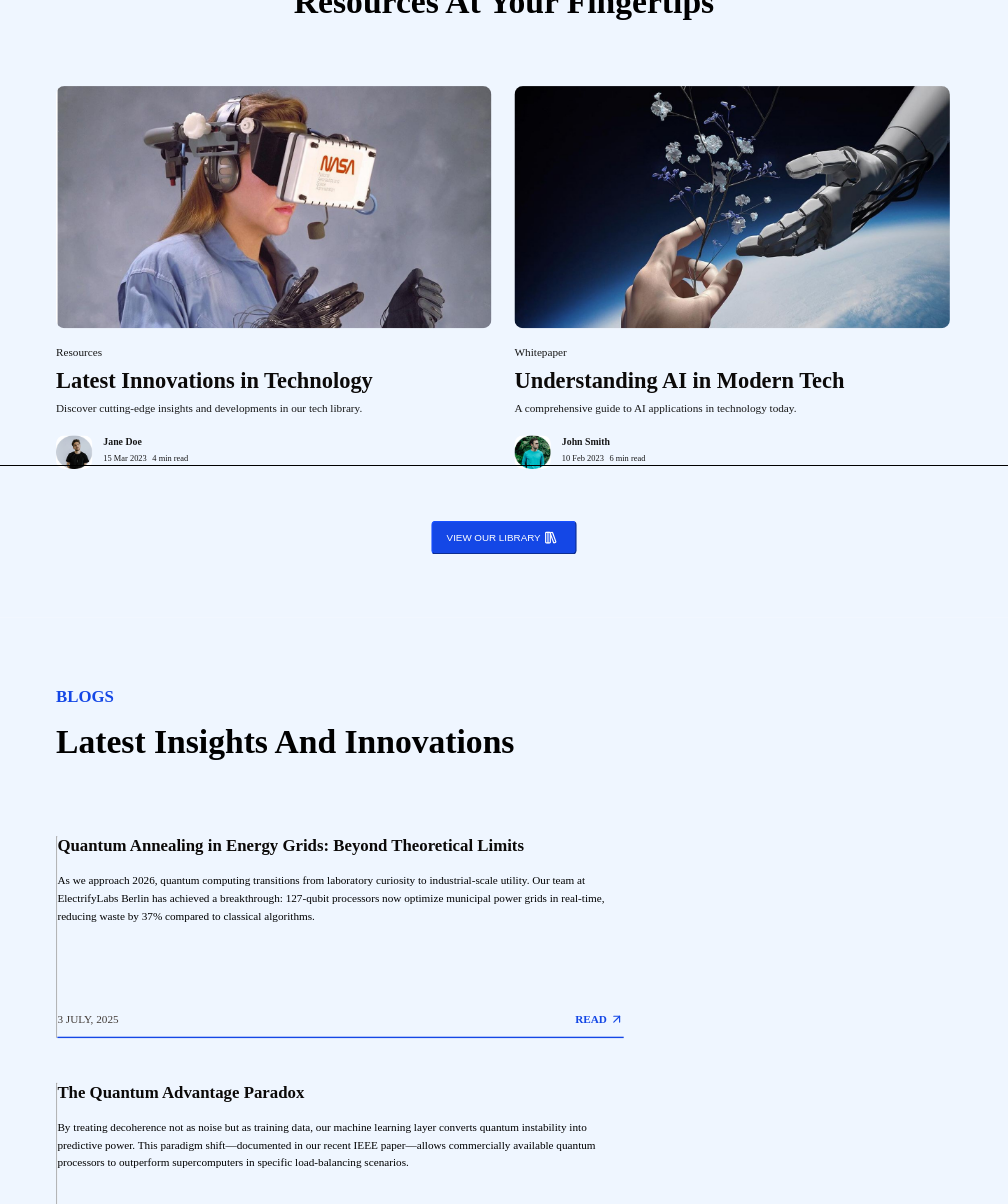
Repository: neelpatel6262/electrifylabs_homepage
Page: /
An editor plug-in stored every save of this project. The page is shown before and after the next save, followed by the edit.
The browser window is 1280 px wide. The page is 1440 px wide, so the pictures cover 1440 px, including what lies to the right of the window. The pictures show the part of the page from y = 4780 to 6500 px (the page is 8532 px tall), at 70% of full size.
The project was rebuilt for these pictures with package versions that can differ from the ones it lists, and the page was loaded fresh each time. Also part of the build but not shown: vite.config.js.

Above is the page before, as saved 2026-02-21 16:55:00.

### index.html
<!doctype html>
<html lang="en">
  <head>
    <meta charset="UTF-8" />
    <link rel="icon" type="image/svg+xml" href="/src/assets/LOGO.svg" />
    <meta name="viewport" content="width=device-width, initial-scale=1.0" />
    <title>ElectrifyLabs Homepage</title>
  </head>
  <body>
    <div id="root"></div>
    <script type="module" src="/src/main.jsx"></script>
  </body>
</html>

### src/main.jsx
import { StrictMode } from 'react'
import { createRoot } from 'react-dom/client'
import './index.css'
import Navbar from './components/Navbar.jsx'
import HeroSection from './components/HeroSection.jsx'
import AboutSection from './components/AboutSection.jsx'
import ServiceSection from './components/ServiceSection.jsx'
import ServiceCard from './components/ServiceCard.jsx'
import ProductSection from './components/ProductSection.jsx'
import LibrarySection from './components/LibrarySection.jsx'
import BlogSection from './components/BlogSection.jsx'
import CTASection from './components/CTASection.jsx'
import Footer from './components/Footer.jsx'





createRoot(document.getElementById('root')).render(
  <>
    <Navbar />
    <HeroSection />
    <AboutSection />
    <ServiceSection />
    <ServiceCard />
    <ProductSection />
    <LibrarySection />
    <BlogSection />
    <CTASection />
    <Footer />

  </>
)

### src/components/Navbar.jsx
import { ArrowUpRight } from 'lucide-react';
import Logo from '../assets/LOGO.svg';

const navLinks = [
  { id: 1, label: 'about', href: '#' },
  { id: 2, label: 'service', href: '#' },
  { id: 3, label: 'product', href: '#' },
  { id: 4, label: 'library', href: '#' },
  { id: 5, label: 'blogs', href: '#' },
];

function Navbar() {
  return (
    <div className="navbar-section">
      <div className="navbar-container">

        {/* Logo */}
        <div className="logo">
          <img src={Logo} alt="logo" />
        </div>

        {/* Nav Links */}
        <div className="nav-links">
          {navLinks.map((link) => (
            <a key={link.id} href={link.href}>
              {link.label}
            </a>
          ))}
        </div>

        {/* Button */}
        <button className="navbar-btn">
          <div className="navbar-btn-conatiner">
            contact us
            <ArrowUpRight size={20} />
          </div>
        </button>

      </div>
    </div>
  );
}

export default Navbar;

### src/components/HeroSection.jsx
import { ArrowUpRight, Zap, Star as StarIcon } from 'lucide-react';
import Frame from '../assets/frame.svg';
import HeroImg from '../assets/heo-img.svg';
import Star from '../assets/star.svg';



// Star rating array — 5 stars
const stars = [1, 2, 3, 4, 5];

function HeroSection() {
  return (
    <div className="hero-section">

      {/* Left Content */}
      <div className="hero-left-content">
        <div className="heading-section">

          {/* CRM / Rating Row */}
          <div className="crm-section">
            <div className="frame">
              <img src={Frame} alt="frame" />
            </div>
            <div className="rating-section">
              <div className="rating-section-container">
                <div className="rating">
                  {stars.map((star) => (
                    <img key={star} src={Star} alt="star" />
                  ))}
                </div>
                <div className="rating-heading">
                  rated 5.0 by 40+ happy customers!
                </div>
              </div>
            </div>
          </div>

          {/* Hero Heading */}
          <div className="hero-heading">
            <span className="hero-highlights">electrifylabs</span> is powering the future of innovation
          </div>

        </div>

        {/* Subheading + Buttons */}
        <div className="hero-subheading">
          <div className="subheading">
            At ElectrifyLabs, we are dedicated to transforming ideas into cutting-edge technology solutions.
            Join us on a journey to innovate and electrify the future.
          </div>

          <div className="hero-cta-actions">
            {/* Primary Button */}
            <button className="hero-btn">
              <div className="hero-btn-container">
                contact us
                <ArrowUpRight size={20} />
              </div>
            </button>

            {/* Secondary Button */}
            <button className="hero-secondary-btn">
              <div className="hero-secondary-btn-container">
                view all products
                <Zap size={20} />
              </div>
            </button>
          </div>
        </div>
      </div>

      {/* Right Content - Hero Image */}
      <div className="right-content">
        <img src={HeroImg} alt="hero" />
      </div>

    </div>
  );
}

export default HeroSection;

### src/components/AboutSection.jsx
import { ArrowUpRight } from 'lucide-react';
import Placeholder from '../assets/Placeholder.jpg';

function AboutSection() {
  return (
    <div className="about-section">
      <div className="about-container">

        {/* Who We Are - Top Text */}
        <div className="who-we-are-section">
          <div className="about-heading">Who We Are</div>
          <div className="sub-heading">
            At ElectrifyLabs, we are committed to driving innovation through cutting-edge technology.
            Our mission is to deliver smart, electrifying solutions that enhance performance and
            reliability across various industries.
          </div>
        </div>

        {/* Content Section - Image + Stats */}
        <div className="about-content-section">

          {/* Left - Placeholder Image */}
          <div className="placeholder">
            <img src={Placeholder} alt="about us" />
          </div>

          {/* Right - Stats + CTA */}
          <div className="about-right-content">

            {/* Stat One */}
            <div className="content-one">
              <h1>75+</h1>
              <h4>Global Branches Established</h4>
              <p>Expanding our reach worldwide.</p>
            </div>

            {/* Stat Two + Read More */}
            <div className="content-two">
              <div className="content-two-info">
                <h1>15+</h1>
                <h4>Industry Awards Won</h4>
                <p>Recognized for excellence in manufacturing and automation.</p>
              </div>

              {/* Read More CTA */}
              <div className="content-cta-section">
                <div className="content-cta-section-container">
                  <h1>read more</h1>
                  <ArrowUpRight size={32} />
                </div>
                <hr className="about-cta" />
              </div>

            </div>
          </div>
        </div>

      </div>
    </div>
  );
}

export default AboutSection;

### src/components/ServiceSection.jsx
import { Zap, Plug, Cable, ArrowUpRight } from 'lucide-react';
import ServiceCard from './ServiceCard';

const cards = [
  {
    id: 1,
    icon: <Zap size={24} color="white" />,
    heading: "Explore Our Comprehensive Range of Services",
    subheading: "At ElectrifyLabs, we provide cutting-edge technology solutions to drive your success.",
    cardClass: "service-card-one",
    headingClass: "service-card-heading",
    subheadingClass: "service-card-subheading",
  },
  {
    id: 2,
    icon: <Plug size={24} color="white" />,
    heading: "Product Engineering: Transforming Ideas into Reality",
    subheading: "Our team specializes in developing innovative products tailored to your specifications.",
    cardClass: "service-card-two",
    headingClass: "service-card-two-heading",
    subheadingClass: "service-card-two-subheading",
  },
  {
    id: 3,
    icon: <Cable size={24} color="white" />,
    heading: "R&D Innovation: Pioneering Tomorrow's Technologies Today",
    subheading: "We invest in research and development to create groundbreaking tech solutions.",
    cardClass: "service-card-three",
    headingClass: "service-card-three-heading",
    subheadingClass: "service-card-three-subheading",
  },
];

function ServiceSection() {
  return (
    <div className="service-section">
      <div className="service-container">

        {/* Intro */}
        <div className="service-intro-section">
          <div className="service-body-heading">our services</div>
          <div className="service-heading">
            What We Offer: Innovative Solutions Tailored to Your Needs
          </div>
        </div>

        {/* Cards */}
        <div className="services-cards-section">
          {cards.map((card) => (
            <ServiceCard
              key={card.id}
              icon={card.icon}
              heading={card.heading}
              subheading={card.subheading}
              cardClass={card.cardClass}
              headingClass={card.headingClass}
              subheadingClass={card.subheadingClass}
            />
          ))}
        </div>

        {/* Button */}
        <button className="service-btn">
          <div className="service-btn-container">
            view all services
            <ArrowUpRight size={20} />
          </div>
        </button>

      </div>
    </div>
  );
}

export default ServiceSection;

### src/components/ServiceCard.jsx


function ServiceCard({ icon, heading, subheading, cardClass, headingClass, subheadingClass })

{
  return (
    <div className={cardClass}>
      <div className="service-icon">
        {icon}
      </div>
      <div className={headingClass}>
        {heading}
      </div>
      <div className={subheadingClass}>
        {subheading}
      </div>
    </div>
  );
}



export default ServiceCard;

### src/components/LibrarySection.jsx
import { LibraryBig } from 'lucide-react';
import LibraryOne from '../assets/Library-One-Placeholder.jpg';
import LibraryTwo from '../assets/Library-Two-Placeholder.jpg';
import PersonOne from '../assets/person-one.jpg';
import PersonTwo from '../assets/peson-two.jpg';

// Cards data array
const libraryCards = [
  {
    id: 1,
    image: LibraryOne,
    category: 'Resources',
    heading: 'Latest Innovations in Technology',
    subheading: 'Discover cutting-edge insights and developments in our tech library.',
    personImage: PersonOne,
    personName: 'Jane Doe',
    date: '15 Mar 2023',
    readTime: '4 min read',
  },
  {
    id: 2,
    image: LibraryTwo,
    category: 'Whitepaper',
    heading: 'Understanding AI in Modern Tech',
    subheading: 'A comprehensive guide to AI applications in technology today.',
    personImage: PersonTwo,
    personName: 'John Smith',
    date: '10 Feb 2023',
    readTime: '6 min read',
  },
];

// LibraryCard — reusable card component
function LibraryCard({ image, category, heading, subheading, personImage, personName, date, readTime }) {
  return (
    <div className="card-one">

      {/* Card Main Image */}
      <img src={image} alt={heading} />

      {/* Card Text Content */}
      <div className="card-one-content">
        <p>{category}</p>
        <h2>{heading}</h2>
        <h4>{subheading}</h4>
      </div>

      {/* Author Details */}
      <div className="person-details">
        <img src={personImage} alt={personName} />
        <div className="person-info">
          <h4>{personName}</h4>
          <div className="person-library-content">
            <h4>{date}</h4>
            <h5>{readTime}</h5>
          </div>
        </div>
      </div>

    </div>
  );
}

function LibrarySection() {
  return (
    <div className="library-section">
      <div className="library-container">

        {/* Intro */}
        <div className="library-intro">
          <p>Our Library</p>
          <h1>Explore a wealth of tech resources at your fingertips</h1>
        </div>

        {/* Cards */}
        <div className="cards">
          {libraryCards.map((card) => (
            <LibraryCard
              key={card.id}
              image={card.image}
              category={card.category}
              heading={card.heading}
              subheading={card.subheading}
              personImage={card.personImage}
              personName={card.personName}
              date={card.date}
              readTime={card.readTime}
            />
          ))}
        </div>

        {/* Button */}
        <button className="library-primary-btn">
          <div className="library-primary-btn-container">
            view our library
            <LibraryBig size={20} />
          </div>
        </button>

      </div>
    </div>
  );
}

export default LibrarySection;

### src/components/BlogSection.jsx
import { ArrowUpRight } from 'lucide-react';

// Blog data array
const blogs = [
  {
    id: 1,
    heading: 'Quantum Annealing in Energy Grids: Beyond Theoretical Limits',
    description:
      'As we approach 2026, quantum computing transitions from laboratory curiosity to industrial-scale utility. Our team at ElectrifyLabs Berlin has achieved a breakthrough: 127-qubit processors now optimize municipal power grids in real-time, reducing waste by 37% compared to classical algorithms.',
    date: '3 July, 2025',
  },
  {
    id: 2,
    heading: 'The Quantum Advantage Paradox',
    description:
      'By treating decoherence not as noise but as training data, our machine learning layer converts quantum instability into predictive power. This paradigm shift—documented in our recent IEEE paper—allows commercially available quantum processors to outperform supercomputers in specific load-balancing scenarios.',
    date: '22 Aug, 2025',
  },
  {
    id: 3,
    heading: 'Munich Case Study: From Theory to Grid Reality',
    description:
      'As we approach 2026, quantum computing transitions from laboratory curiosity to industrial-scale utility. Our team at ElectrifyLabs Berlin has achieved a breakthrough: 127-qubit processors now optimize municipal power grids in real-time, reducing waste by 37% compared to classical algorithms.',
    date: '3 July, 2025',
  },
];

// BlogCard — reusable blog card component
function BlogCard({ heading, description, date }) {
  return (
    <div className="blog-one">

      {/* Horizontal Rule */}
      <hr className="blog-image-hr" />

      {/* Blog Content */}
      <div className="blog-content">
        <div className="blog-heading">
          <h1>{heading}</h1>
          <p>{description}</p>
        </div>

        {/* Date + Read CTA */}
        <div className="blog-cta">
          <div className="blog-cta-content">
            <p>{date}</p>
            <h4>
              Read <ArrowUpRight size={20} />
            </h4>
          </div>
          <hr className="line" />
        </div>

      </div>
    </div>
  );
}

function BlogSection() {
  return (
    <div className="blog-section">
      <div className="blog-container">

        {/* Intro */}
        <div className="blog-intro-section">
          <p>blogs</p>
          <h1>Latest Insights and Innovations</h1>
        </div>

        {/* Blog Cards */}
        <div className="blogs-contents">
          {blogs.map((blog) => (
            <BlogCard key={blog.id} {...blog} />
          ))}
        </div>

      </div>
    </div>
  );
}

export default BlogSection;

### src/components/CTASection.jsx
import { useState } from 'react';

function CTASection() {
  // useState to track what user types in the email input
  const [email, setEmail] = useState('');
  const [isLoading, setIsLoading] = useState(false);
  const [submitted, setSubmitted] = useState(false);

  // This runs when form is submitted
  const handleSubmit = (e) => {
    e.preventDefault();       // stops page from refreshing (default form behavior)
    setIsLoading(true);       // show spinner

    // Simulate a 2 second API call
    setTimeout(() => {
      setIsLoading(false);
      setSubmitted(true);
      setEmail('');            // clear input after submit
    }, 2000);
  };

  return (
    <div className="cta-section">
      <div className="cta-container">

        {/* Intro */}
        <div className="cta-intro-section">
          <p>Get in Touch</p>
          <h1>We'd love to hear from you! Reach out with any questions or inquiries.</h1>
        </div>

        {/* Form */}
        <div className="cta-btn">
          <form className="cta-email-form" onSubmit={handleSubmit}>
            <div className="input-container">
              <input
                type="email"
                className="email-input"
                id="emailInput"
                required
                autoComplete="email"
                value={email}
                onChange={(e) => setEmail(e.target.value)}
              />
              <label className="input-placeholder" htmlFor="emailInput">
                Enter your email address
              </label>
            </div>

            <button type="submit" className="email-btn" disabled={isLoading}>
              {/* Show spinner or text based on loading state */}
              {isLoading ? (
                <div className="btn-spinner" />
              ) : submitted ? (
                <span className="btn-text">✓ Done!</span>
              ) : (
                <span className="btn-text">Request Access</span>
              )}
            </button>
          </form>

          <h4>accepts the cookies. <span>OKAY</span></h4>
        </div>

      </div>
    </div>
  );
}

export default CTASection;

### src/components/Footer.jsx
import Logo from '../assets/LOGO.svg';

// Navigation links data
const navLinks = [
  { id: 1, label: 'about', href: '#' },
  { id: 2, label: 'service', href: '#' },
  { id: 3, label: 'product', href: '#', isNew: true },
  { id: 4, label: 'library', href: '#' },
  { id: 5, label: 'blogs', href: '#' },
];

// Social links data
const socialLinks = [
  { id: 1, label: 'Instagram', href: 'https://www.instagram.com/' },
  { id: 2, label: 'Twitter', href: 'https://twitter.com/' },
  { id: 3, label: 'Facebook', href: 'https://www.facebook.com/' },
];

// Legal links data
const legalLinks = [
  { id: 1, label: 'Terms & Conditions', href: '#' },
  { id: 2, label: 'Privacy Policy', href: '#' },
  { id: 3, label: 'ESG Policy', href: '#' },
];

function Footer() {
  return (
    <div className="footer-section">
      <div className="footer-container">
        <div className="footer-content">
          <div className="footer-section-content">

            {/* Brand */}
            <div className="footer-brand">
              <div className="footer-logo">
                <img src={Logo} alt="logo" />
                electrifylabs
              </div>
              <div className="footer-contact">+1 (555) 123-4567</div>
              <div className="footer-email">contact@electrifylabs.com</div>
            </div>

            {/* Links */}
            <div className="footer-links">

              {/* Navigation */}
              <div className="navigation-content">
                <h4>Navigation</h4>
                {navLinks.map((link) => (
                  <div key={link.id}>
                    <a href={link.href}>{link.label}</a>
                    {/* Only show "new" badge on product link */}
                    {link.isNew && <div className="new-tag">new</div>}
                  </div>
                ))}
              </div>

              {/* Follow Us */}
              <div className="follow-content">
                <h4>follow us</h4>
                {socialLinks.map((link) => (
                  <a key={link.id} href={link.href} target="_blank" rel="noreferrer">
                    {link.label}
                  </a>
                ))}
              </div>

              {/* Legal */}
              <div className="legel-content">
                <h4>legel</h4>
                {legalLinks.map((link) => (
                  <a key={link.id} href={link.href}>
                    {link.label}
                  </a>
                ))}
              </div>

            </div>
          </div>

          <hr className="footer-line" />
          <p>© 2025 ElectrifyLabs. All rights reserved.</p>

        </div>
      </div>
    </div>
  );
}

export default Footer;

Loaded but not shown: src/index.css (1500 lines, source omitted); src/components/ProductSection.jsx (100 lines, source omitted)

After the next save:
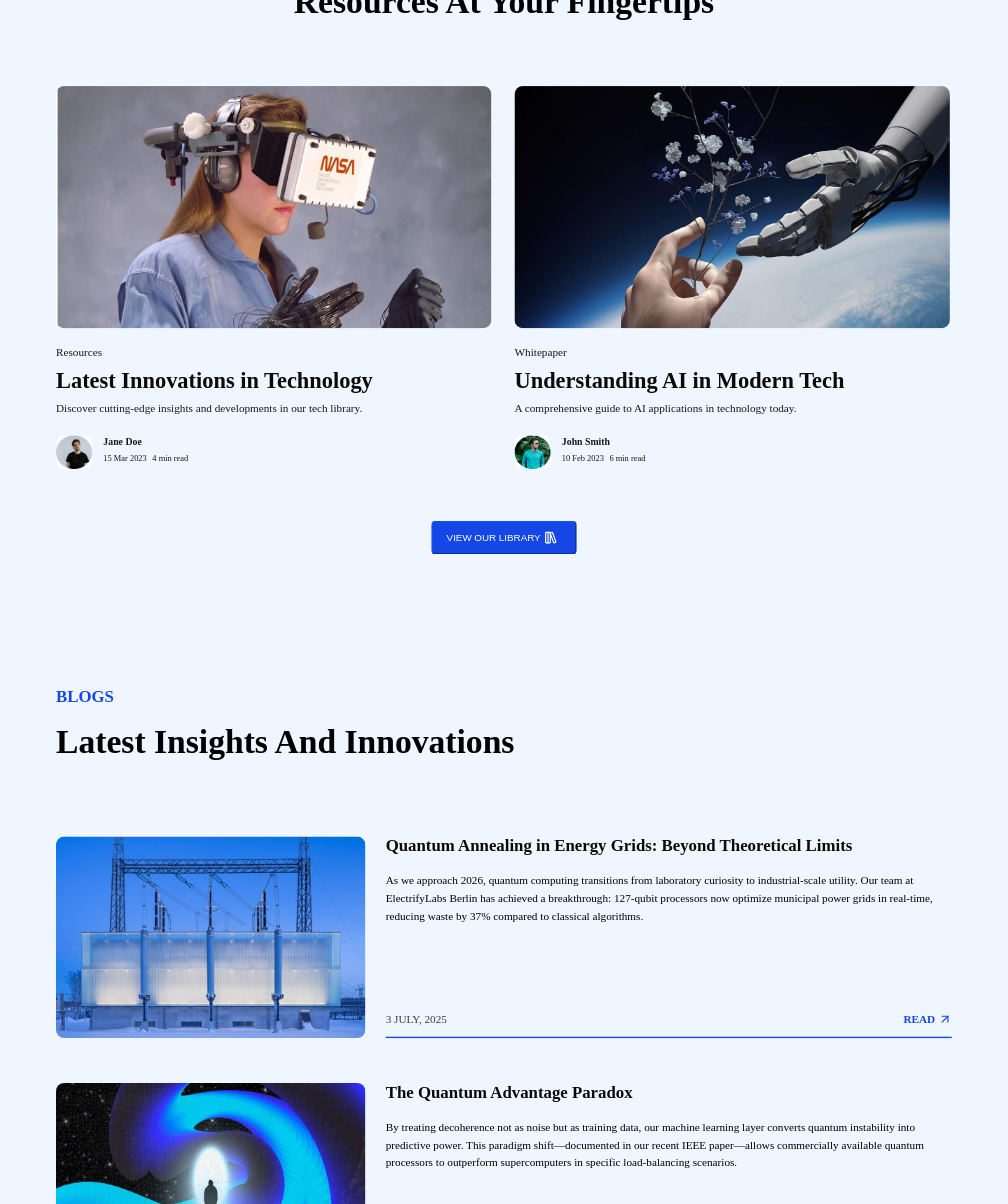
Saved 15 s later.
--- a/src/components/BlogSection.jsx
+++ b/src/components/BlogSection.jsx
@@ -1,9 +1,13 @@
 import { ArrowUpRight } from 'lucide-react';
+import BlogOne from '../assets/Blog-One-Placeholder.jpg';
+import BlogTwo from '../assets/Blog-Two-Placeholder.jpg';
+import BlogThree from '../assets/Blog-Three-Placeholder.jpg';
 
 // Blog data array
 const blogs = [
   {
     id: 1,
+    image: BlogOne,
     heading: 'Quantum Annealing in Energy Grids: Beyond Theoretical Limits',
     description:
       'As we approach 2026, quantum computing transitions from laboratory curiosity to industrial-scale utility. Our team at ElectrifyLabs Berlin has achieved a breakthrough: 127-qubit processors now optimize municipal power grids in real-time, reducing waste by 37% compared to classical algorithms.',
@@ -11,6 +15,7 @@
   },
   {
     id: 2,
+    image: BlogTwo,
     heading: 'The Quantum Advantage Paradox',
     description:
       'By treating decoherence not as noise but as training data, our machine learning layer converts quantum instability into predictive power. This paradigm shift—documented in our recent IEEE paper—allows commercially available quantum processors to outperform supercomputers in specific load-balancing scenarios.',
@@ -18,6 +23,7 @@
   },
   {
     id: 3,
+    image: BlogThree,
     heading: 'Munich Case Study: From Theory to Grid Reality',
     description:
       'As we approach 2026, quantum computing transitions from laboratory curiosity to industrial-scale utility. Our team at ElectrifyLabs Berlin has achieved a breakthrough: 127-qubit processors now optimize municipal power grids in real-time, reducing waste by 37% compared to classical algorithms.',
@@ -26,12 +32,12 @@
 ];
 
 // BlogCard — reusable blog card component
-function BlogCard({ heading, description, date }) {
+function BlogCard({ image, heading, description, date }) {
   return (
     <div className="blog-one">
 
-      {/* Horizontal Rule */}
-      <hr className="blog-image-hr" />
+      {/* Blog Image */}
+      <img src={image} alt={heading} />
 
       {/* Blog Content */}
       <div className="blog-content">
